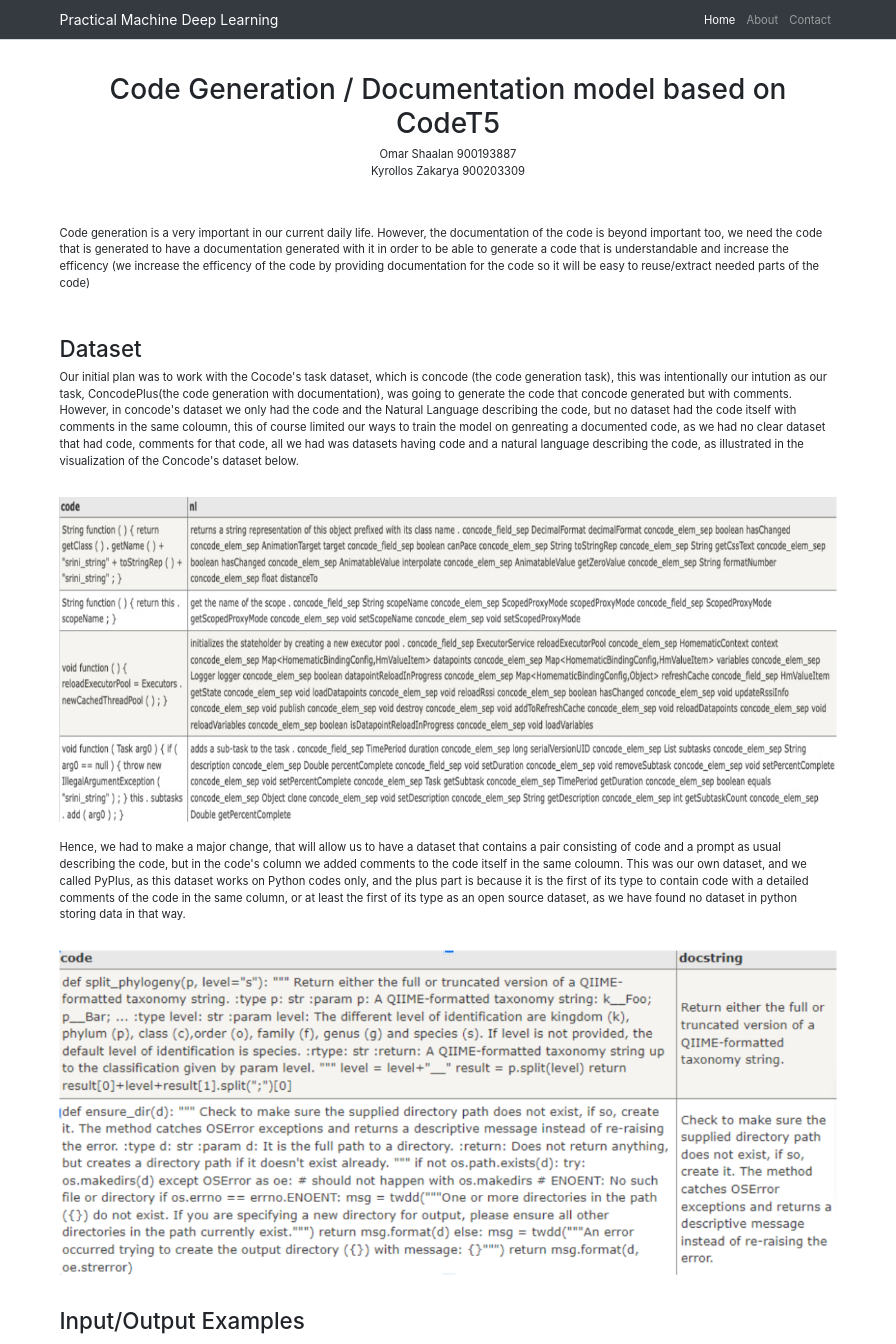
Repository: Shaalan-omar/ConcodePlus
Page: team-specific/index.html
These files come from the project's save history. The page is drawn as it stood at one moment and after the next save; the edit follows.
The browser window is 1280 px wide. The pictures show the part of the page from y = 0 to 1920 px (the page is 7593 px tall), at 70% of full size.

Above is the page before, as saved 2023-05-12 04:17:23.

After the next save:
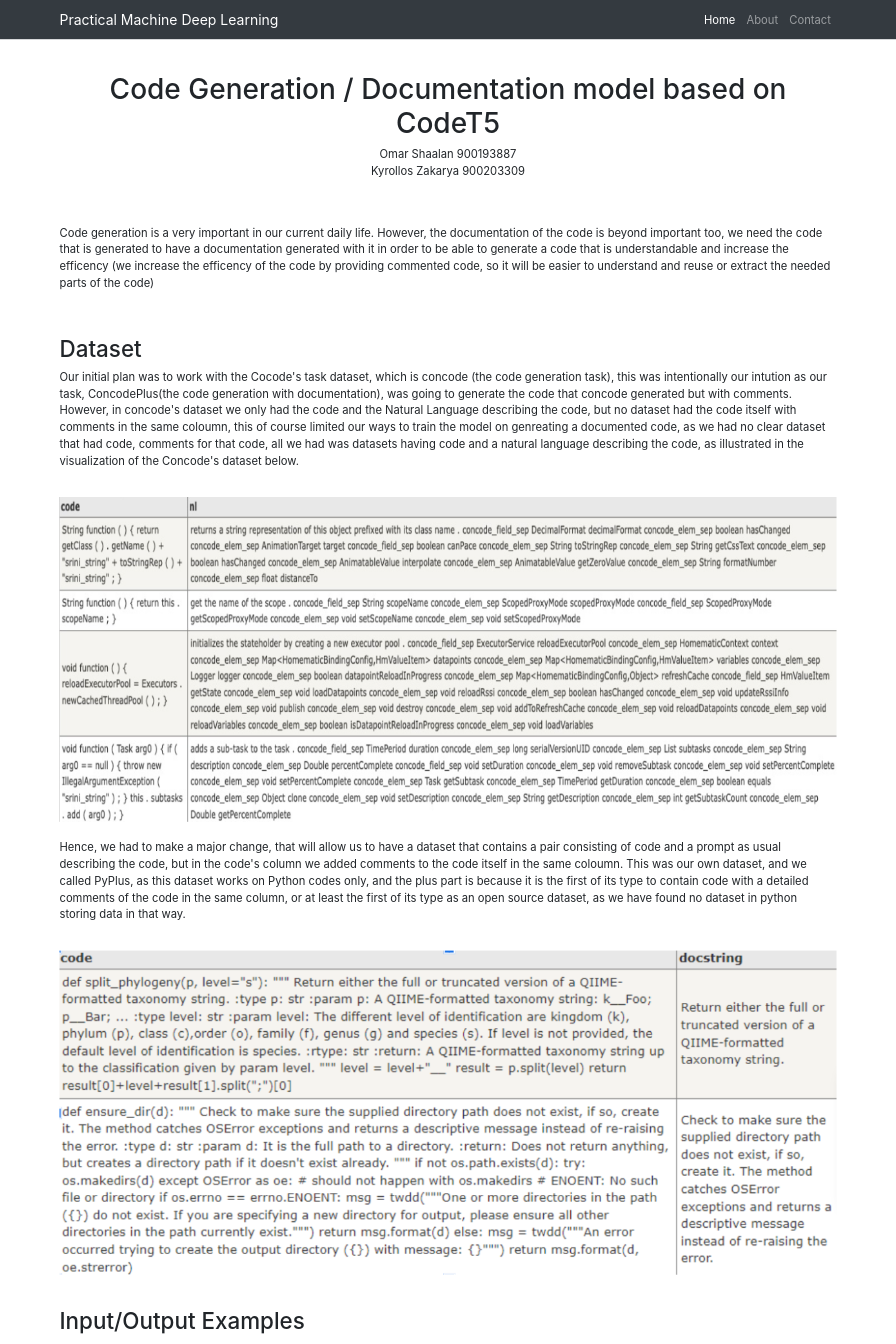
Saved 44 h 33 min later.
--- a/team-specific/index.html
+++ b/team-specific/index.html
@@ -61,7 +61,8 @@
 		<p>
 			Code generation is a very important in our current daily life. However, the documentation of the code is beyond important too,
       we need the code that is generated to have a documentation generated with it in order to be able to generate a code that is understandable
-      and increase the efficency (we increase the efficency of the code by providing documentation for the code so it will be easy to reuse/extract needed parts of the code)
+      and increase the efficency (we increase the efficency of the code by providing commented code, so it will be easier to understand and reuse or extract the
+       needed parts of the code)
 		</p>
       </div>
     </div>
